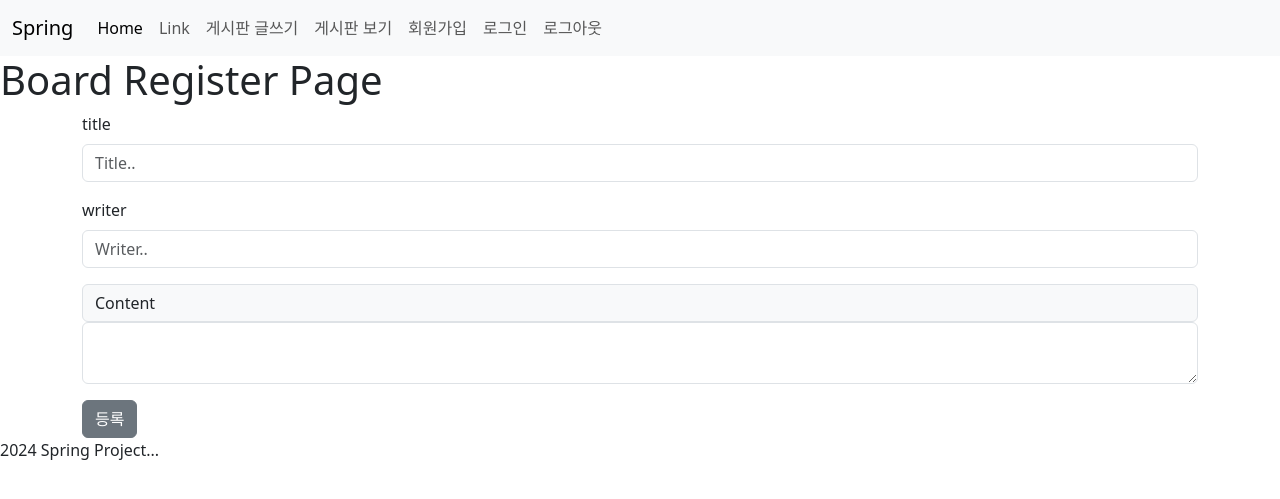
Repository: gajami-kim/240430_Spring_Study
Page: http://localhost/spring_study/WEB-INF/views/board/register.jsp
An editor plug-in stored every save of this project. The page is shown before and after the next save, followed by the edit.
The browser window is 1280 px wide. The pictures show the whole page.
The page is served by Tomcat 9. Nobody is signed in. The template is opened directly, without the code that normally fills it, so the values that code supplies are empty.

Above is the page before, as saved 2024-04-24 01:08:13.

After the next save:
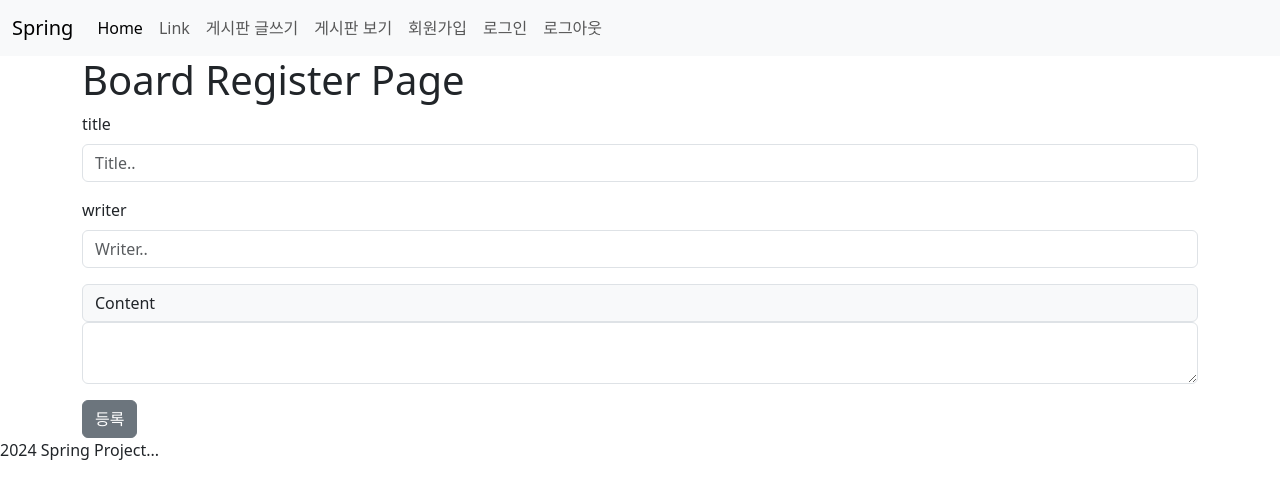
Saved 4 min 6 s later.
--- a/spring_study/src/main/webapp/WEB-INF/views/board/register.jsp
+++ b/spring_study/src/main/webapp/WEB-INF/views/board/register.jsp
@@ -3,8 +3,8 @@
 
 <jsp:include page="../layout/header.jsp" />
 
+<div class="container-sm">
 <h1>Board Register Page</h1>
-<div class="container-sm">
 	<form action="/board/insert" method="post">
 		<div class="mb-3">
 		  <label for="t" class="form-label">title</label>
